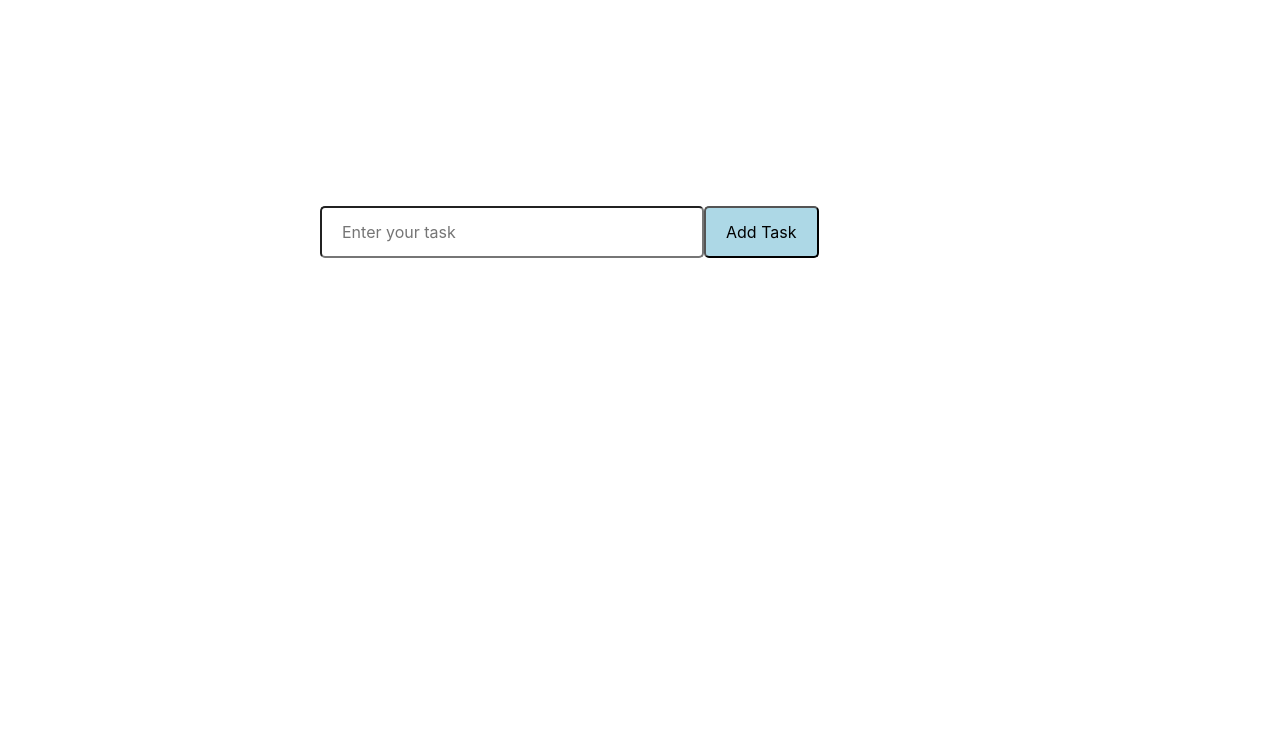
Repository: 12Arc/todoapp
Page: / (app in client/)
These files come from the project's save history. The page is drawn as it stood at one moment and after a run of saves; the edit follows.
The browser window is 1280 px wide. The pictures show the whole page.
The page's requests for data from a server got no answer. Some web libraries are served in a nearby version. The project was rebuilt for these pictures with package versions that can differ from the ones it lists, and the page was loaded fresh each time. No one was signed in, and anything a server would have sent is missing.

Above is the page before, as saved 2024-05-14 00:25:06.

### client/src/App.js
import React, { Fragment } from "react";
import "./App.css";

// Components
import AddTask from './components/Input';
import ListTodo from "./components/List";

function App() {
  return (

      <div className="main-container">

          <AddTask />



    </div>

  );
}

export default App;

### client/src/App.css
.App {
  text-align: center;
}

.App-logo {
  height: 40vmin;
  pointer-events: none;
}

@media (prefers-reduced-motion: no-preference) {
  .App-logo {
    animation: App-logo-spin infinite 20s linear;
  }
}

.main-container {
  display: flex;
  flex-direction: column;
  align-items: center;
  justify-content: flex-start;
  width: 100vw;
  min-height: 100vh;
  padding: 20px;
}

/* Optional: Adjustments if you prefer side-by-side layout */








.App-header {
  background-color: #282c34;
  min-height: 100vh;
  display: flex;
  flex-direction: column;
  align-items: center;
  justify-content: center;
  font-size: calc(10px + 2vmin);
  color: white;
}

.App-link {
  color: #61dafb;
}

@keyframes App-logo-spin {
  from {
    transform: rotate(0deg);
  }
  to {
    transform: rotate(360deg);
  }
}

### client/src/components/Input.js
import React, {useState} from 'react';
import '../styles.css'; // Import the CSS directly
import axios from 'axios'



const AddTask= ()=>{
    //axios.defaults.baseURL = "http://localhost:8080";
    const[task, setTask] = useState("")
    const handleChange=(e)=>{
        setTask(e.target.value)

    }
    const handleSubmit=async(e)=>{
        e.preventDefault()
        try{
            const response = await axios.post('http://localhost:8080/todolist/add',{task} )
            console.log(response.data)
            setTask("")
            alert("Task added!")


        }catch(error){
            console.log("Error in posting task", error)
        }

    }

    return (

        <div className="box">
            <form className="inputbox" onSubmit={handleSubmit}>
                <input
                    type="text"
                    placeholder="Enter your task"
                    value={task}
                    onChange={handleChange}/>
                <button className="button" type="submit" >Add Task</button>
            </form>

        </div>
    )
}

export default AddTask

### client/src/styles.css

.box {
  display: flex;
  align-items: center; /* Vertically center the content */
  justify-content: center; /* Horizontally center the content */
  height: 100vh; /* Full viewport height */
  width: 100vw; /* Full viewport width */
  flex-direction: column;

}

/* Styles for the input container */
.inputbox {
  width: 50%; /* Adjust based on preference, e.g., 80% of the parent width */
  display: flex;
  margin-bottom: 20%;


}

/* Ensure the input field itself is styled appealingly */
input {
  width: 60%; /* Fill the container */
  padding: 12px 20px; /* Padding for aesthetics */
  font-size: 16px; /* Sufficiently large font size for readability */

  border-radius: 5px; /* Rounded corners */
}

/* Reset default margins and paddings */
body {
  margin: 0;
  padding: 0;
  display: flex;
  justify-content: center;
  align-items: center;
  height: 100vh;
}

.button{
  padding: 12px 20px;
  cursor: pointer;
  border-radius: 5px;
  background-color: lightblue;


}

td,th{
  border: 1px solid #777;
  padding: 0.5rem;
  text-align: center;
}

table{
  border-collapse: collapse;
}

tbody tr:nth-child(odd) {
  background: #eee;
}

### client/src/components/List.js
import React, {useState, Fragment, useEffect} from 'react'
import axios from 'axios'
import '../styles.css';
const ListTodo = ()=>{

    const [List, setList] = useState([])

    const getTodo = async()=>{
        try{
            const response = await axios.get("http://localhost:8080/todolist/",List)
            setList(response.data)
        }catch(err){
            console.error(err.message)
        }
    }
    useEffect(() => {
        getTodo();
      }, []);
    console.log(List)

    return (

        <Fragment>
            <table >
                <thead>
                    <tr>
                    <th>Description</th>
                    <th>Status</th>
            <       th>Delete</th>
                    </tr>
                </thead>
                <tbody>
                {List.map(item=>(
                    <tr key={item._id}>
                        <td>{item.task}</td>
                        <td><button>Complete</button></td>
                        <td><button>Delete</button></td>

                    </tr>
                ))}
             </tbody>
            </table>
        </Fragment>
    )
}

export default ListTodo

Loaded but not shown: client/public/index.html (common file); client/src/index.js (common file); client/src/index.css (common file)

After the next 6 saves:
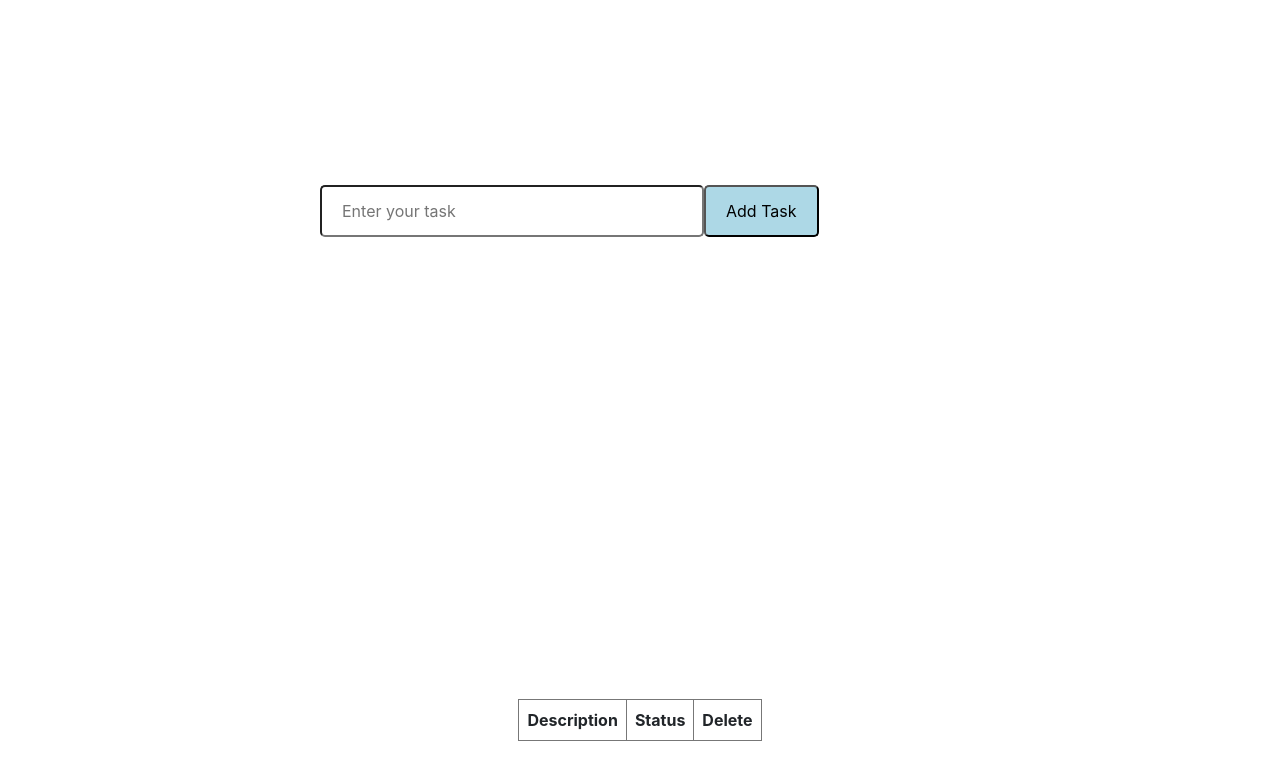
The 6 saves are shown as one change because they came seconds apart.
The last was saved 16 s later.
--- a/client/src/App.js
+++ b/client/src/App.js
@@ -11,6 +11,7 @@ function App() {
       <div className="main-container">
 
           <AddTask />
+          <ListTodo/>
 
 
 
